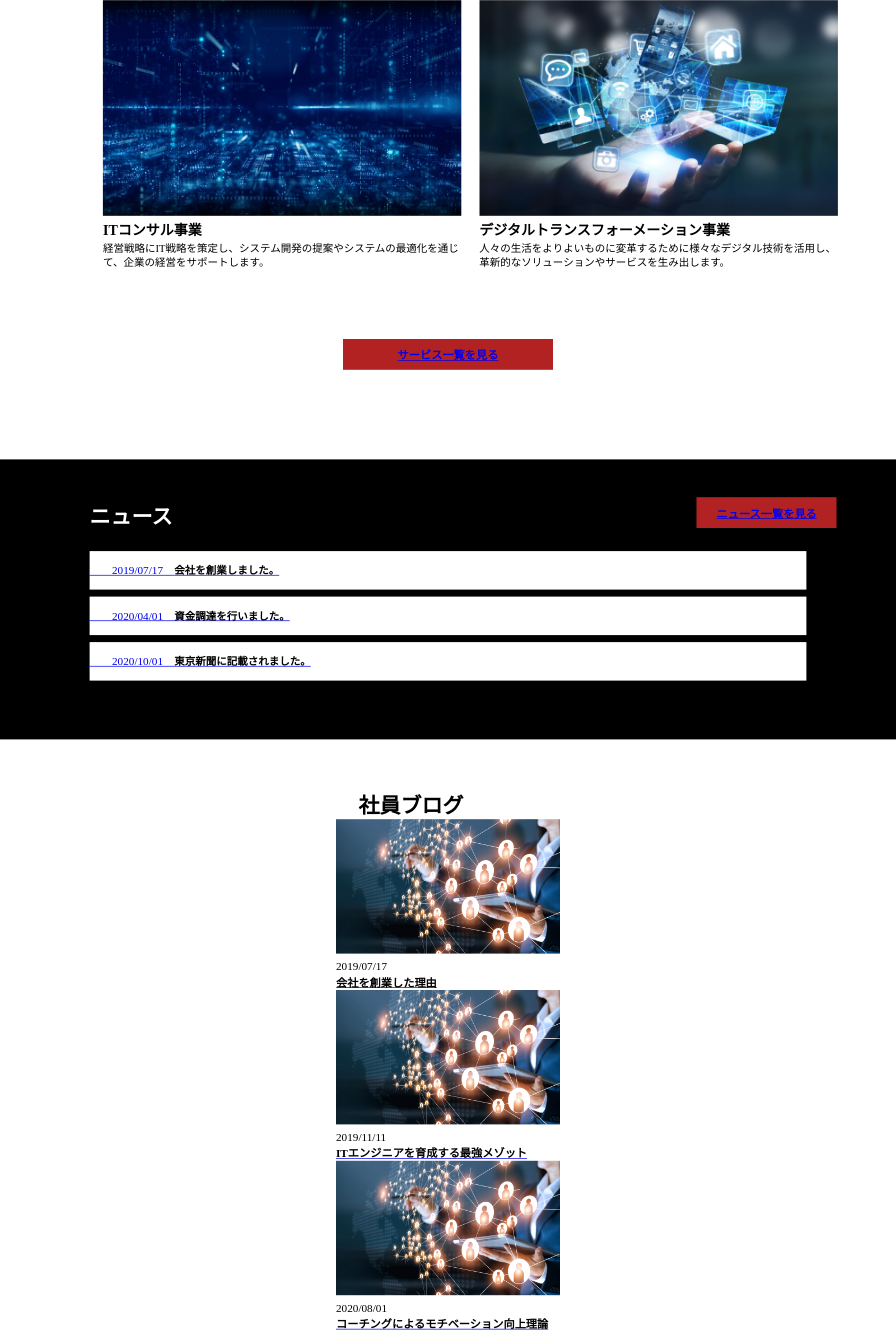
Repository: sigemasaasuka/20211012sigemasa
Page: index.html
The author's editor kept a copy of each file at every save. The page is drawn from the files as they stood at one save, then again after the next save.
The browser window is 1280 px wide. The pictures show the part of the page from y = 1356 to 3276 px (the page is 3258 px tall before and 3276 px after), at 70% of full size.

Above is the page before, as saved 2021-10-20 16:37:37.

### index.html
<!DOCTYPE html>
<html lang="ja">

<head>
  <meta charset="UTF-8">
  <meta name="viewport" content="width=device-width, initial-scale=1.0">
  <title>Document</title>

    <link rel="stylesheet" href="css/reset.css">
    <link rel="stylesheet" href="css/index.css">
</head>
<body>
  <header class="header">
    <div class="header-logo">
      <img class="logo" src="img/logo.png" alt="logo">
    </div>
    <nav class="header-nav">
      <ul class="header-nav-list">
        <li class="header-nav-item"><a href="index.html">ホーム</a></li>
        <li class="header-nav-item"><a href="service.html">事業内容</a></li>
        <li class="header-nav-item"><a href="news.html">ニュース</a></li>
        <li class="header-nav-item"><a href="blog.html">社員ブログ</a></li>
        <li class="header-nav-item"><a href="company.html">会社概要</a></li>
        <li class="header-nav-item"><a href="recruit.html">採用情報</a></li>
        <li class="header-nav-item"><a href="contact.html">お問い合わせ</a></li>
      </ul>
    </nav>
  </header>
  <div class="home">
  <div class="home-photo">
    <div class="home-title">
    <p>最新のテクノロジーで社会課題を解決</p>
      <div class="home-title2">
      <p>Solving　issues　with　the　latest　technology</p>
     </div>
    </div>
    </div>
    </div>
    <div class="home-color">
      <div class="hope">
        <p><br><br>株式会社TECHの想い</p>
        <div class="hope2">
          <p>あらゆる産業において、新たなデジタル技術を使ってこれまでにないビジネスモデルを展開する新規参加者が登場し、ゲームチェンジが起ころうとしています。こうした<br>中で、各企業は、競争力維持・強化のために、DXを迅速に進めていくことが求められています。しかし、DXにおいて投資コストは非常にかかります。株式会社TECHでは<br>独自のオペレーションと人材教育により、他社よりも価格を抑えた開発を行います。</p>
        </div>
      </div>
    </div>
    <div class="service">
      <p>サービス</p>
      </div>
      <div class="png1">
      <div class="service1">
        <img  src="img/service1.png"  alt="service1">
        <div class="it">
        <p>IT人材育成事業</p>
        <div class="it2">
        <p>これまでに培った教育手法を生かして、短期間で即戦力のIT人材を育成します。</p>
        </div>
      </div>
      </div>
      <div class="service2">
      <img  src="img/service2.png" alt="service2">
      <div class="coach">
        <p>コーチング事業</p>
        <div class="coach2">
          <p>目標達成を最短で実現するために、プロのコーチによるマンツーマンのサポートを実施します</p>
        </div>
      </div>
      </div>
      </div>
      <div class="png2">
      <div class="service3">
        <img src="img/service3.png" alt="service3">
        <div class="Consultant">
          <p>ITコンサル事業</p>
          <div class="Consultant2">
            <p>経営戦略にIT戦略を策定し、システム開発の提案やシステムの最適化を通じて、企業の経営をサポートします。</p>
          </div>
        </div>
      </div>
      <div class="service4">
        <img src="img/service4.png" alt="service4">
        <div class="formation">
          <p>デジタルトランスフォーメーション事業</p>
          <div class="formation2">
            <p>人々の生活をよりよいものに変革するために様々なデジタル技術を活用し、革新的なソリューションやサービスを生み出します。</p>
          </div>
        </div>
      </div>
      </div>
      <div class="list">
        <a href="service.html">サービス一覧を見る</a>
      </div>
      <div class="news">
        <div class="nesw-list">
          <div class="news-font">
          <p>ニュース</p></div>
          <div class="news-button">
            <a href="news.html">ニュース一覧を見る</a>
          </div>
        </div>
        <div class="news-info1">
          <a href="index.html">　　2019/07/17　<span class="co">会社を創業しました。</span></a></div>
          <div class="news-info2">
          <a href="index.html">　　2020/04/01　<span class="fund">資金調達を行いました。</span></a></div>
          <div class="news-info3">
          <a href="index.html">　　2020/10/01　<span class="newspaper">東京新聞に記載されました。</span></a></div>
      </div>
      <div class="blog">
        <p>社員ブログ</p>
        </div>

        <div class="reason">
        <div class="reason-png">
          <a href="index.html">
            <img src="img/blog.png" alt="blog">
          </a>
          <p class="reason1">2019/07/17</p>
          <a href="index.html"><p class="reason2">会社を創業した理由</p></a>
        </div>
        </div>
        <div class="nurturing">
        <div class="nurturing-png">
          <a href="index.html">
            <img src="img/blog.png" alt="blog">
          </a>
          <p class="nurturing1">2019/11/11</p>
          <a href="index.html">
            <p class="nurturing2">ITエンジニアを育成する最強メゾット</p>
          </a>
        </div>
      </div>
      <div class="coaching">
        <div class="coaching-png">
        <a href="index.html">
          <img src="img/blog.png" alt="blog">
        </a>
        <p class="coaching1">2020/08/01</p>
        <a href="index.html">
          <p class="coaching2">コーチングによるモチベーション向上理論</p>
        </a>
        </div>
        </div>


<script src="js/main.js"></script>
</body>
</html>

### css/reset.css
@charset "UTF-8";
html, body, div, span, applet, object, iframe,
h1, h2, h3, h4, h5, h6, p, blockquote, pre,
a, abbr, acronym, address, big, cite, code,
del, dfn, em, img, ins, kbd, q, s, samp,
small, strike, strong, sub, sup, tt, var,
b, u, i, center,
dl, dt, dd, ol, ul, li,
fieldset, form, label, legend,
table, caption, tbody, tfoot, thead, tr, th, td,
article, aside, canvas, details, embed,
figure, figcaption, footer, header, hgroup,
menu, nav, output, ruby, section, summary,
time, mark, audio, video {
margin: 0;
padding: 0;
border: none;
font-style: normal;
text-align: left;
zoom: 1;
}
article, aside, details, figcaption, figure,
footer, header, hgroup, menu, nav, section {
display: block;
}
table {
border-collapse: collapse;
font-family: inherit;
}
h1,h2,h3,h4,h5 {
font-size: 100%;
font-weight: normal;
line-height: 1;
}
input,textarea,select {
font-family: inherit;
font-size: 16px;
}
input[type="button"],input[type="text"],input[type="submit"] {
 -webkit-appearance: none;
 border-radius: 0;
}
textarea {
resize: none;
-webkit-appearance: none;
border-radius: 0;
}
th,td {
border-collapse: collapse;
}
table th,table td {
white-space: nowrap;
}
ul,ol {
list-style-type: none;
}
img {
vertical-align: text-bottom;
vertical-align: -webkit-baseline-middle;
max-width: 100%;
height: auto;
width /***/:auto;
}

### css/index.css
.logo {
  text-decoration: none;
  color: inherit;
  width: 50%;
}
.header {
  width: 100%;
  display: flex;
  justify-content: space-between;
  align-items: center;
  height: 70px;
  padding: 0 30px;
  position: fixed;
  box-sizing: border-box;
  background-color: #fff;
  color: #000;
}

.a {
  text-decoration: none;
}

.header-ttl {
  font-size: 24px;
  width: 80px;
}

.header-nav-list {
  display: flex;
  font-weight: bold;
}

.header-nav-item:not(:last-child) {
  margin-right: 30px;
}

.home-photo {
  position: relative;
  padding-top: calc(250 / 683 * 100%); /* calc(画像高さ ÷ 画像横幅 × 100%) */
  background: url(../img/mv.png) center center / cover no-repeat;
}

.home-title {
  display: flex;
  flex-direction: column;
  position: absolute;
  font-size: 50px;
  margin-left: 20%;
  top: 40%;
  font-weight: bolder;
  color: #fff;
}

.home-title2 {
  display: flex;
  position: absolute;
  font-size: 20px;
  margin-top: 45px;
  margin-left: 23%;
  top: 40%;
  font-weight: bold;
  color: #fff;
}

.home-color {
  background-color: #000;
  height: 300px;
}

.hope {
  top: 30%;
  display: flex;
  flex-direction: column;
  font-weight: bolder;
  font-size: 30px;
  margin-left: 10%;
  color: #fff;
}

.hope2 {
  display: flex;
  font-size: 15px;
  margin-top: 20px;
  font-weight: normal;
  color: #fff;
}

.service {
  margin-top: 5%;
  margin-left: 45%;
  font-size: 35px;
  font-weight: bolder;
}

.png1 {
  display: flex;
  justify-content: center;
}

.service1 {
  margin-top: 5%;
  margin-left: 5%;
  width: 40%;
}

.it {
  margin-top: 1%;
  font-size: 20px;
  font-weight: bolder;
}

.it2 {
  font-size: 15px;
  font-weight: normal;
}

.service2 {
  margin-top: 3%;
  margin-left: 2%;
  width: 40%;
}

.coach {
  margin-top: 1%;
  font-size: 20px;
  font-weight: bolder;
}

.coach2 {
  font-size: 15px;
  font-weight: normal;
}

.png2 {
  display: flex;
  justify-content: center;
}

.service3 {
  margin-top: 2%;
  margin-left: 5%;
  width: 40%;
}

.Consultant {
  margin-top: 1%;
  font-size: 20px;
  font-weight: bolder;
}

.Consultant2 {
  font-size: 15px;
  font-weight: normal;
}

.service4 {
  margin-top: 2%;
  margin-left: 2%;
  width: 40%;
}

.formation {
  margin-top: 1%;
  font-size: 20px;
  font-weight: bolder;
}

.formation2 {
  font-size: 15px;
  font-weight: normal;
}

.list {
  width: 300px;
  padding: 10px 0;
  color: #fff;
  font-weight: bold;
  background: #b22222;
  text-align: center;
  margin: 100px auto 0;
  display: block;
}

.news {
  margin-top: 10%;
  background-color: #000;
  height: 400px;
}

.nesw-list {
  margin-left: 10%;
  display: flex;
  justify-content: flex-start;
  align-items: center;
}

.news-font {
  font-weight: bold;
  font-size: 30px;
  color: #fff;
  margin-top: 5%;
}

.news-button {
  color: #fff;
  margin-top: 50px;
  margin-left: 65%;
  width: 200px;
  padding: 10px 0;
  font-weight: bold;
  background: #b22222;
  text-align: center;
  display: block;
}

.news-info1 {
  margin-top: 30px;
  margin-left: 10%;
  width: 80%;
  height: 35px;
  padding: 10px 0;
  background: #fff;
  line-height: 35px;
  display: block;
  color: #000;
}
.co {
  font-size: 15px;
  font-weight: bold;
  color: #000;
}

.news-info2 {
  margin-top: 10px;
  margin-left: 10%;
  width: 80%;
  height: 35px;
  padding: 10px 0;
  background: #fff;
  line-height: 35px;
  display: block;
  color: #000;
}
.fund {
  font-size: 15px;
  font-weight: bold;
  color: #000;
}

.news-info3 {
  margin-top: 10px;
  margin-left: 10%;
  width: 80%;
  height: 35px;
  padding: 10px 0;
  background: #fff;
  line-height: 35px;
  display: block;
  color: #000;
}
.newspaper {
  font-size: 15px;
  font-weight: bold;
  color: #000;
}

.blog {
  margin-top: 70px;
  margin-left: 40%;
  font-size: 30px;
  font-weight: bolder;
}

.reason {
  display: flex;
  justify-content: center;
}

.reason-png {
  width: 25%;
}

.reason1 {
  margin-top: 10px;
  color: #000;
}

.reason2 {
  font-weight: bolder;
  color: #000;
}

.nurturing {
  display: flex;
  justify-content: center;
}
.nurturing-png {
  width: 25%;
}

.nurturing1 {
  margin-top: 10px;
  color: #000;
}

.nurturing2 {
  font-weight: bolder;
  color: #000;
}

.coaching {
  display: flex;
  justify-content: center;
}

.coaching-png {
  width: 25%;
}

.coaching1 {
  margin-top: 10px;
  color: #000;
}

.coaching2 {
  font-weight: bolder;
  color: #000;
}

Loaded but not shown: js/main.js (no stored copy; drawn as an empty file)

After the next save:
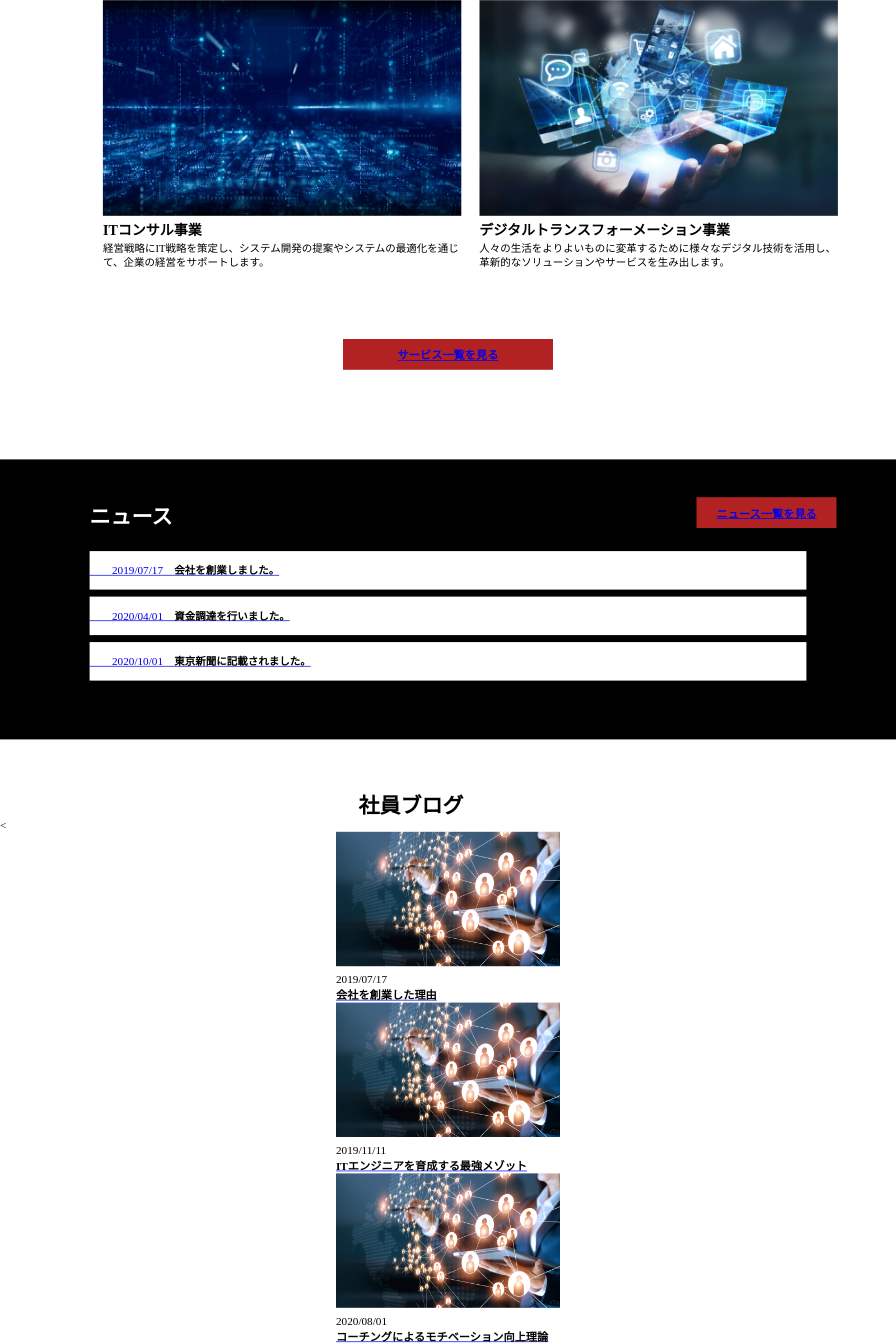
Saved 4 s later.
--- a/index.html
+++ b/index.html
@@ -108,7 +108,7 @@
       <div class="blog">
         <p>社員ブログ</p>
         </div>
-
+        <
         <div class="reason">
         <div class="reason-png">
           <a href="index.html">
